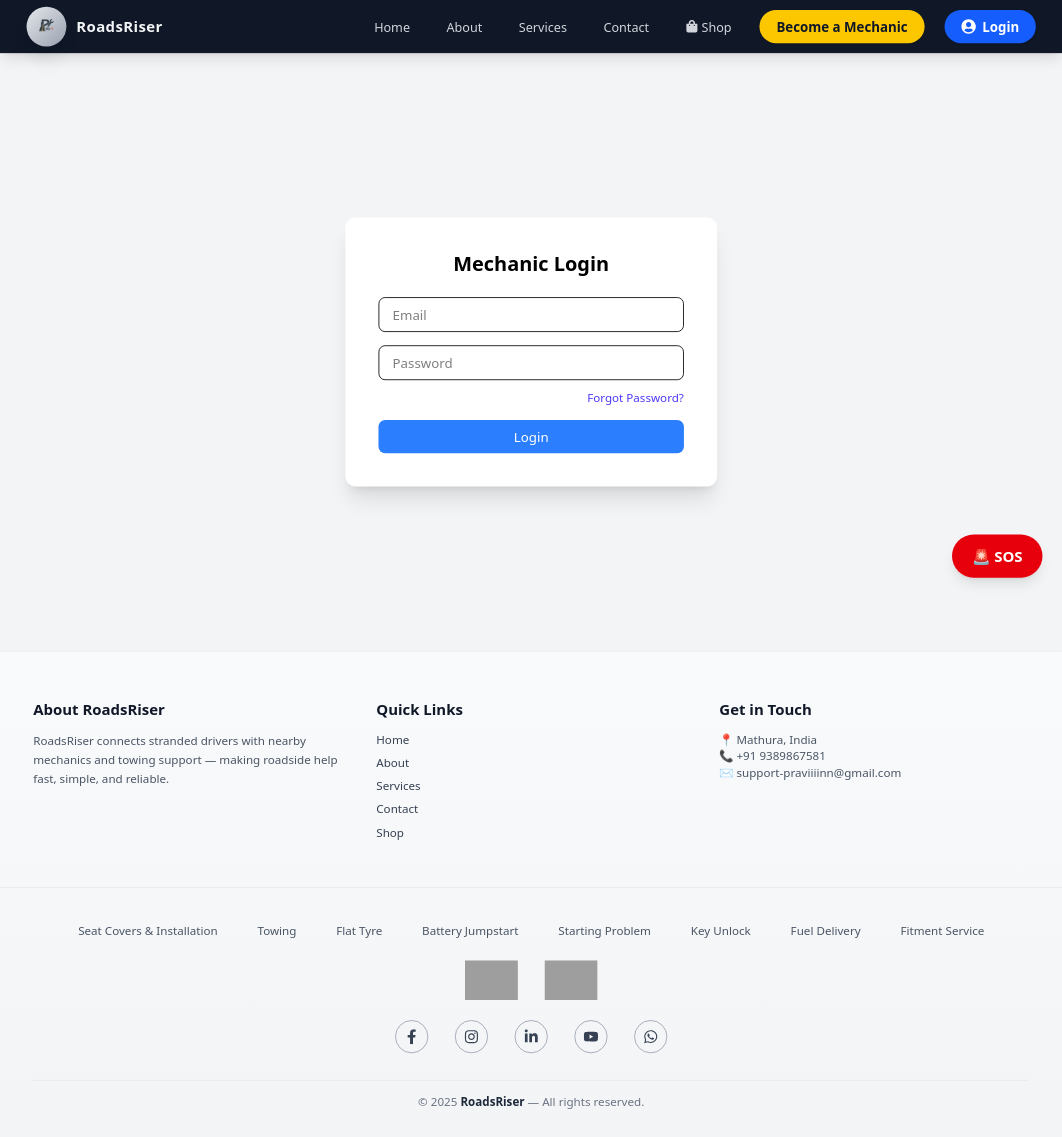
Repository: pravin-8859/ROADSRISER-APP
Page: /auth/mechanic/login (app in frontend/)
An editor plug-in stored every save of this project. The page is shown before and after the next save, followed by the edit.
The browser window is 1280 px wide. The pictures show the whole page, at 83% of full size.
Pictures or frames that could not be fetched are drawn as grey boxes. The project was rebuilt for these pictures with package versions that can differ from the ones it lists, and the page was loaded fresh each time. Also part of the build but not shown: frontend/vite.config.js, frontend/src/components/MainSection.jsx, frontend/src/pages/Home.jsx, frontend/src/pages/MechanicSearch.jsx, frontend/src/pages/RequestHelp.jsx, frontend/src/pages/Shop.jsx, frontend/src/pages/About.jsx, frontend/src/pages/Services.jsx and 13 more.

Above is the page before, as saved 2025-11-19 22:06:16.

After the next save:
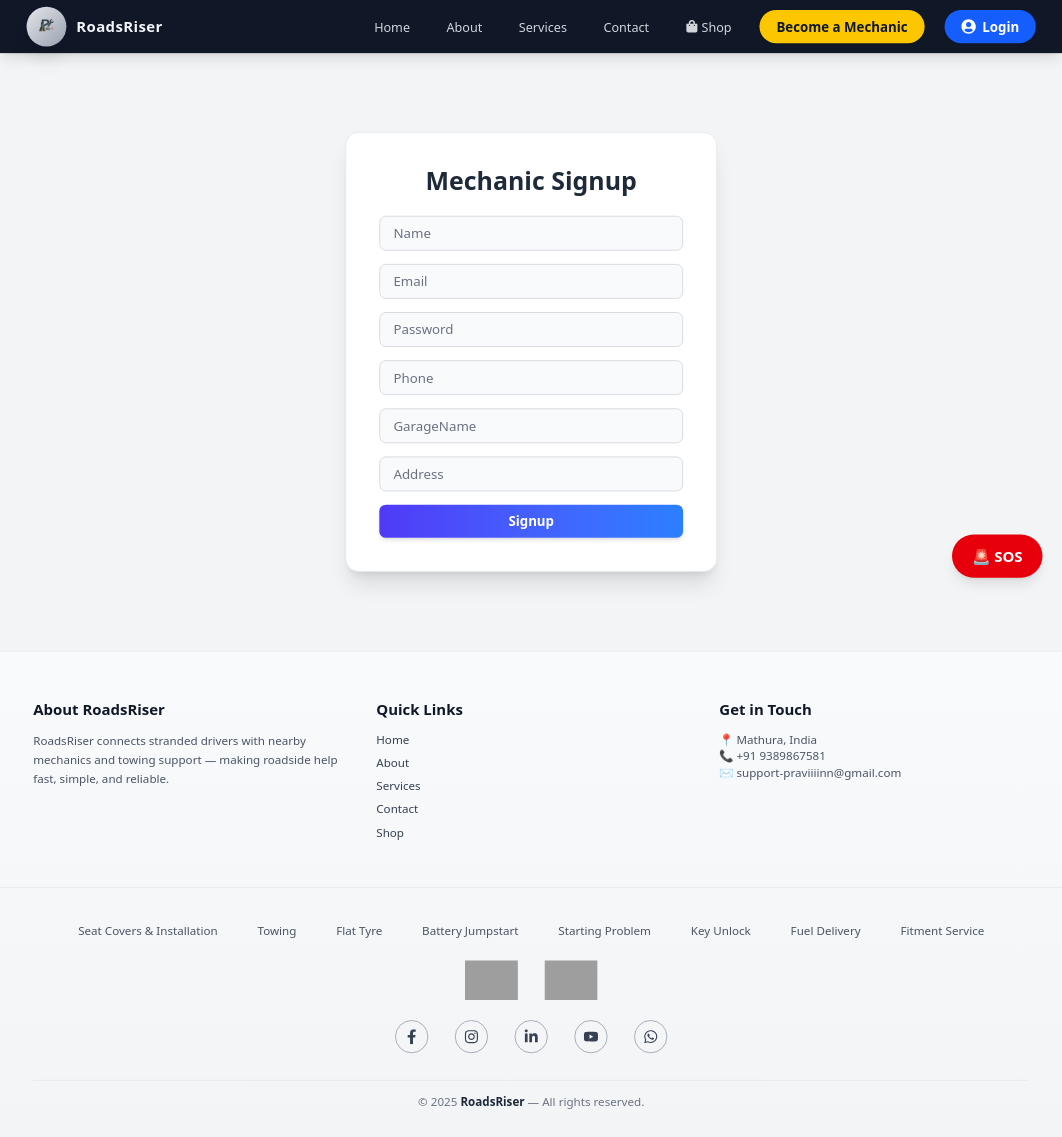
Saved 72 s later.
--- a/frontend/src/pages/MechanicLogin.jsx
+++ b/frontend/src/pages/MechanicLogin.jsx
@@ -1,60 +1,61 @@
 import { useState } from "react";
-import API from "../services/api";
-import { useNavigate,Link } from "react-router-dom";
+import { registerMechanic } from "../api/mechanicApi";
+import { useNavigate } from "react-router-dom";
 
-export default function MechanicLogin() {
+export default function MechanicSignup() {
   const navigate = useNavigate();
-  const [form, setForm] = useState({ email: "", password: "" });
+  const [form, setForm] = useState({
+    name: "",
+    email: "",
+    password: "",
+    phone: "",
+    garageName: "",
+    address: "",
+  });
 
   const handleChange = (e) => setForm({ ...form, [e.target.name]: e.target.value });
 
   const handleSubmit = async (e) => {
     e.preventDefault();
     try {
-      const res = await API.post("/mechanic/login", form);
-      localStorage.setItem("token", res.data.token);
-      localStorage.setItem("role", "mechanic");
-      alert(res.data.message);
-      navigate("/mechanic/dashboard");
+      const res = await registerMechanic(form);
+      alert(res.message || "Signup successful!");
+      navigate("/mechanic/login");
     } catch (err) {
-      alert(err.response?.data?.error || "Login failed");
+      alert(err.response?.data?.message || "Signup failed");
     }
   };
 
   return (
-    <div className="min-h-screen flex items-center justify-center bg-gray-100">
-      <div className="bg-white p-10 rounded-xl shadow-xl w-full max-w-md">
-        <h2 className="text-2xl font-bold mb-6 text-center">Mechanic Login</h2>
-        <form onSubmit={handleSubmit} className="space-y-4">
-          <input
-            name="email"
-            type="email"
-            placeholder="Email"
-            onChange={handleChange}
-            className="w-full px-4 py-2 border rounded-lg focus:outline-none focus:ring-2 focus:ring-blue-400"
-            required
-          />
-          <input
-            name="password"
-            type="password"
-            placeholder="Password"
-            onChange={handleChange}
-            className="w-full px-4 py-2 border rounded-lg focus:outline-none focus:ring-2 focus:ring-blue-400"
-            required
-          />
-          <div className="text-right -mt-2">
-            <Link
-              to="/forgot-password"
-              className="text-sm text-indigo-600 hover:underline"
-            >
-              Forgot Password?
-            </Link>
-          </div>
-          <button className="w-full bg-blue-500 text-white py-2 rounded-lg hover:bg-blue-600 transition">
-            Login
+    <div className="min-h-screen flex items-center justify-center bg-gray-100 dark:bg-gray-900 transition-colors duration-500">
+      <div className="bg-white dark:bg-gray-800 p-10 rounded-2xl shadow-xl w-full max-w-md border border-gray-200 dark:border-gray-700 transition-all duration-300">
+        <h2 className="text-3xl font-bold mb-6 text-center text-gray-800 dark:text-gray-100">
+          Mechanic Signup
+        </h2>
+
+        <form className="space-y-4" onSubmit={handleSubmit}>
+          {["name", "email", "password", "phone", "garageName", "address"].map((f) => (
+            <input
+              key={f}
+              type={f === "password" ? "password" : f === "email" ? "email" : "text"}
+              name={f}
+              placeholder={f.charAt(0).toUpperCase() + f.slice(1)}
+              onChange={handleChange}
+              required
+              className="w-full px-4 py-2 rounded-lg border border-gray-300 dark:border-gray-700
+                         bg-gray-50 dark:bg-gray-900 text-gray-800 dark:text-gray-100
+                         focus:ring-2 focus:ring-indigo-500 focus:outline-none placeholder-gray-500 dark:placeholder-gray-400"
+            />
+          ))}
+
+          <button
+            type="submit"
+            className="w-full bg-gradient-to-r from-indigo-600 to-blue-500 text-white py-2 rounded-lg
+                       font-semibold hover:scale-[1.02] active:scale-[0.98] transition-transform duration-200 shadow-md"
+          >
+            Signup
           </button>
         </form>
-
       </div>
     </div>
   );
